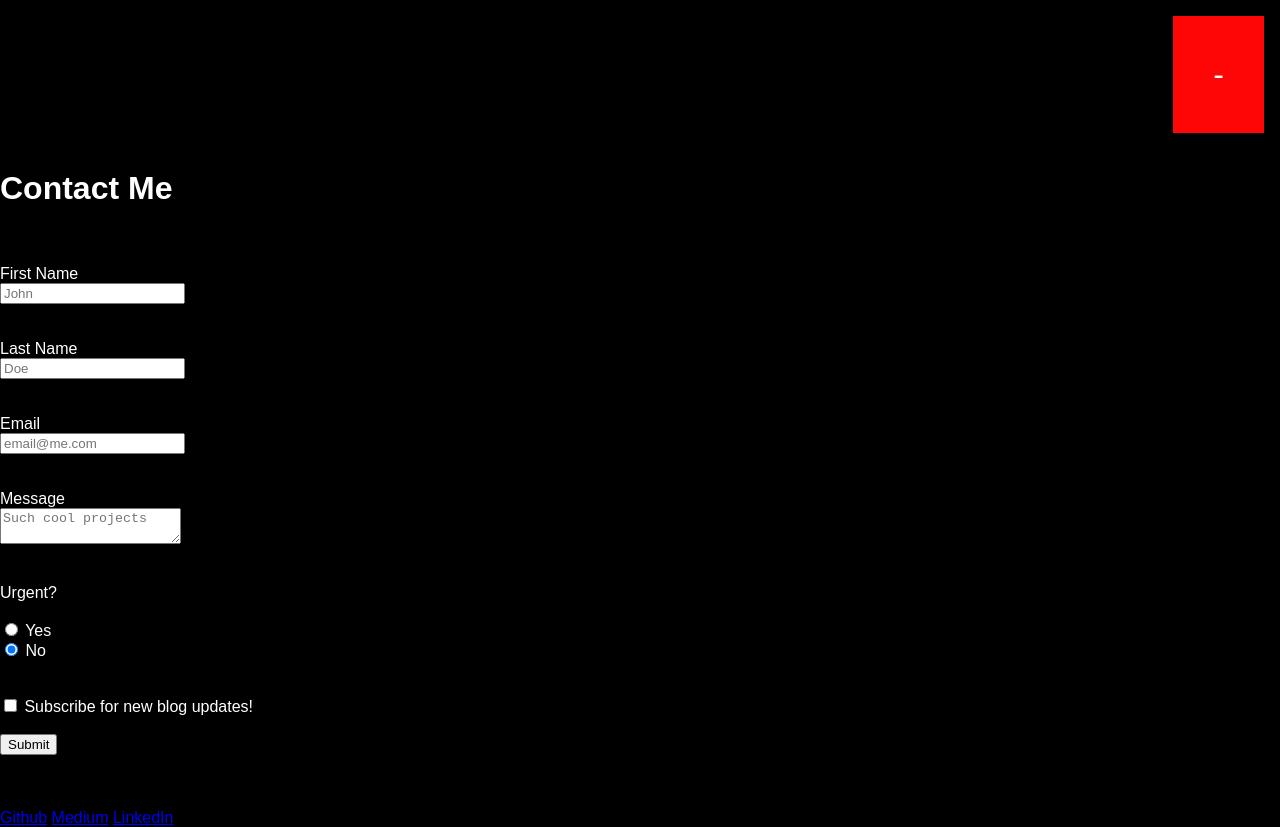
Repository: SamirIngley/html-semantic
Page: contact.html
The author's editor kept a copy of each file at every save. The page is drawn from the files as they stood at one save, then again after the next save.
The browser window is 1280 px wide. The pictures show the whole page.

Above is the page before, as saved 2020-01-29 23:19:29.

### contact.html
<!DOCTYPE html>
<html lang="en">
<head>
    <meta charset="UTF-8">
    <meta name="viewport" content="width=device-width, initial-scale=1.0">
    <meta http-equiv="X-UA-Compatible" content="ie=edge">
    <title>Samir Ingle</title>
    <link href="style.css" rel="stylesheet">
</head>
<body>
    <header>
        <nav>
            <div class='dropdown'>
                <button class='dropbtn'>-</button>
                <div class="dropdown-content">
                    <a href="#">About</a>
                    <a href="#">Projects</a>
                    <a href="#">Contact</a>
                </div>
            </div>
        </nav>

    </header>


<h1>Contact Me</h1>
<br>
<br>

<form action="process.php" method="POST">
        <div>
            <label>First Name</label><br>
            <input type="text" name="firstName" placeholder="John">
        </div>
        <br>
        <br>

        <div>
            <label>Last Name</label><br>
            <input type="text" name="lastName" placeholder="Doe">
        </div>
        <br>
        <br>

        <div>
            <label>Email</label><br>
            <input type="email" name="email" placeholder="email@me.com">
        </div>
        <br>
        <br>
        <div>
            <label>Message</label><br>
            <textarea name="message" placeholder="Such cool projects"></textarea>
        </div>
        <br>
        <br>
        <div>

                Urgent?<br>
                <br>
            <label>
                <input type="radio" name="urgent" value="true">
                Yes
             </label><br>

                <label>
                     <input type="radio" name="urgent" value="false" checked>
                      No<br>
                </label>

        </div>
        <br>
        <br>
        <div>
            <label>
                <input type="checkbox" name="Subscribe for updates" value="subscribe"> Subscribe for new blog updates!<br>
            </label>
        </div>
        <br>
        <div>
            <input type="submit" name="submit" value="Submit">
        </div>
</form>
</body>
<br>
<br>


<footer>
    <br>
    <a href="https://github.com/SamirIngley">Github</a>
    <a href="https://medium.com/@SamirIngle">Medium</a>
    <a href="https://www.linkedin.com/in/samiringle/">LinkedIn</a>
</footer>

</html>

### style.css
* {
    box-sizing: border-box;
}

body {
    margin: 0;
    background-color:black;
    color: white;
    font-family: Sans-serif;
  }

nav {
    background-color: rgba(215, 176, 251, 0);
    font-weight:bold;
  }


nav a {
    color: white;
    text-align: center;
    font-size: 2vw;
    text-decoration: none;
}
nav a:hover{
    color: lime;

}
nav a.active {
    background-color: orange;
    color: purple;
}


nav {
    display: flex;
    justify-content: flex-end;
    list-style: none;
}

nav {
    padding: 1em;
}


<style>
body {
  margin: 0;
  font-family: Arial, Helvetica, sans-serif;
}

.topnav {
  overflow: hidden;
  background-color: #333;
}

.topnav a {
  float: right;
  color: #f2f2f2;
  text-align: center;
  padding: 14px 16px;
  text-decoration: none;
  font-size: 17px;
}

.topnav a:hover {
  background-color: #ddd;
  color: black;
}

.topnav a.active {
  background-color: #4CAF50;
  color: white;
}

.dropbtn {
  background-color: rgb(255, 6, 6);
  color: white;
  padding: 40px;
  font-size: 2em;
  border: none;
  cursor: pointer;
}

.dropdown {
  position: relative;
  display: inline-block;
}

.dropdown-content {
  display: none;
  position: absolute;
  right: 0;
  background-color: #000000;
  min-width: 160px;
  box-shadow: 0px 8px 16px 0px rgba(0,0,0,0.2);
  z-index: 1;
}

.dropdown-content a {
  color: white;
  padding: 12px 16px;
  text-decoration: none;
  display: block;
}

.dropdown-content a:hover {background-color: #000000;}

.dropdown:hover .dropdown-content {display: block;}
.dropdown:hover .dropbtn {background-color: #000000;}
.dropdown:



</style>
</head>
<body>

After the next save:
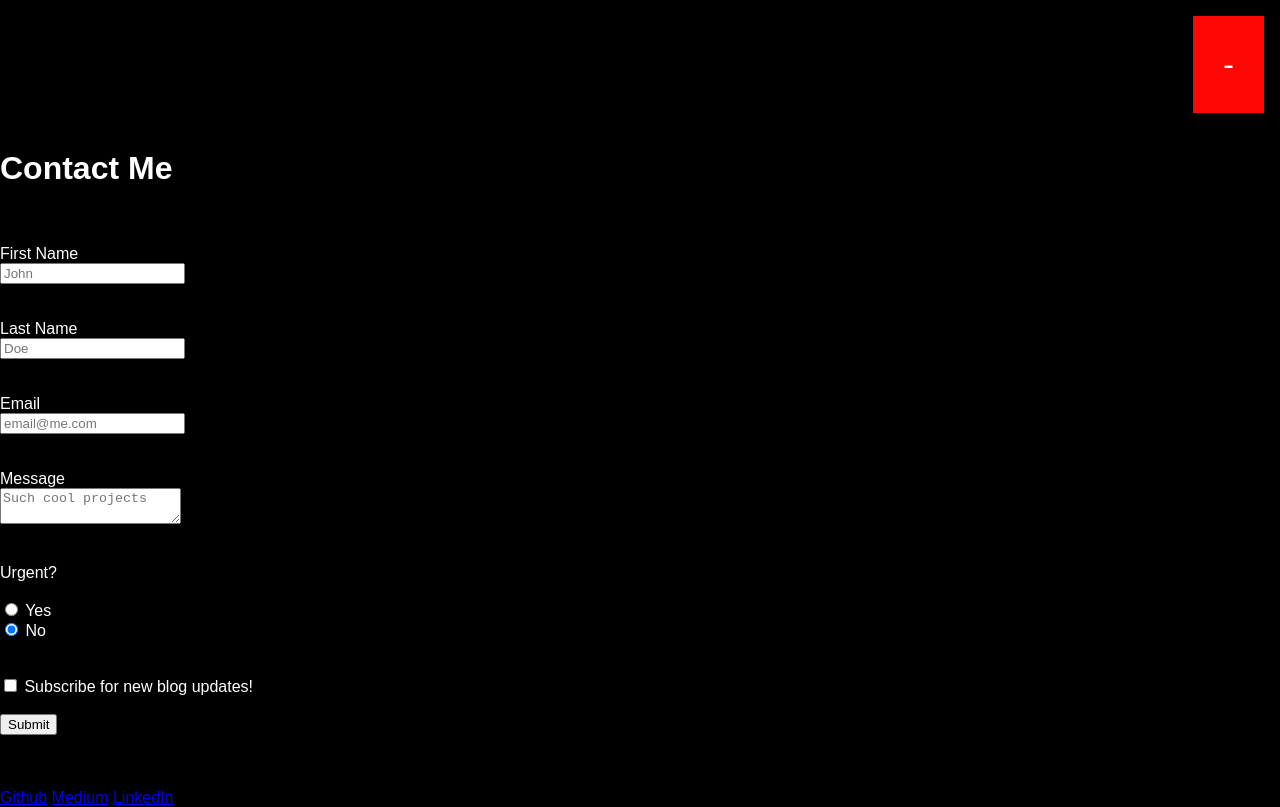
Saved 18 s later.
--- a/style.css
+++ b/style.css
@@ -75,7 +75,7 @@ body {
 .dropbtn {
   background-color: rgb(255, 6, 6);
   color: white;
-  padding: 40px;
+  padding: 30px;
   font-size: 2em;
   border: none;
   cursor: pointer;
